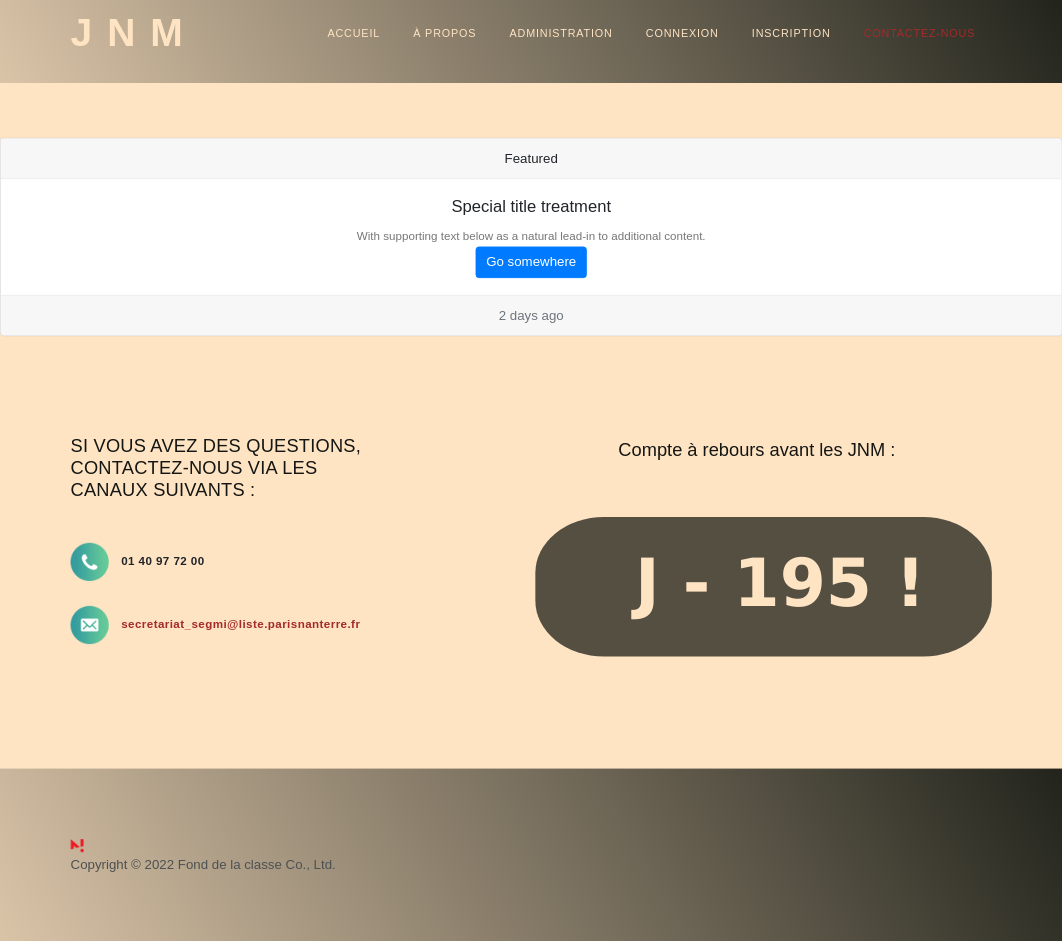
Repository: RiadNadri/ProjetWeb2022
Page: templates/Admin/admin.html.twig
These files come from the project's save history. The page is drawn as it stood at one moment and after the next save; the edit follows.
The browser window is 1280 px wide. The pictures show the whole page, at 83% of full size.
Some web fonts or font styles are not loaded; a fallback is used. The page is a Twig template of a Symfony application; nobody is signed in and links lead nowhere. The template is opened directly, without the code that normally fills it, so the values that code supplies are empty.

Above is the page before, as saved 2022-12-24 17:16:33.

After the next save:
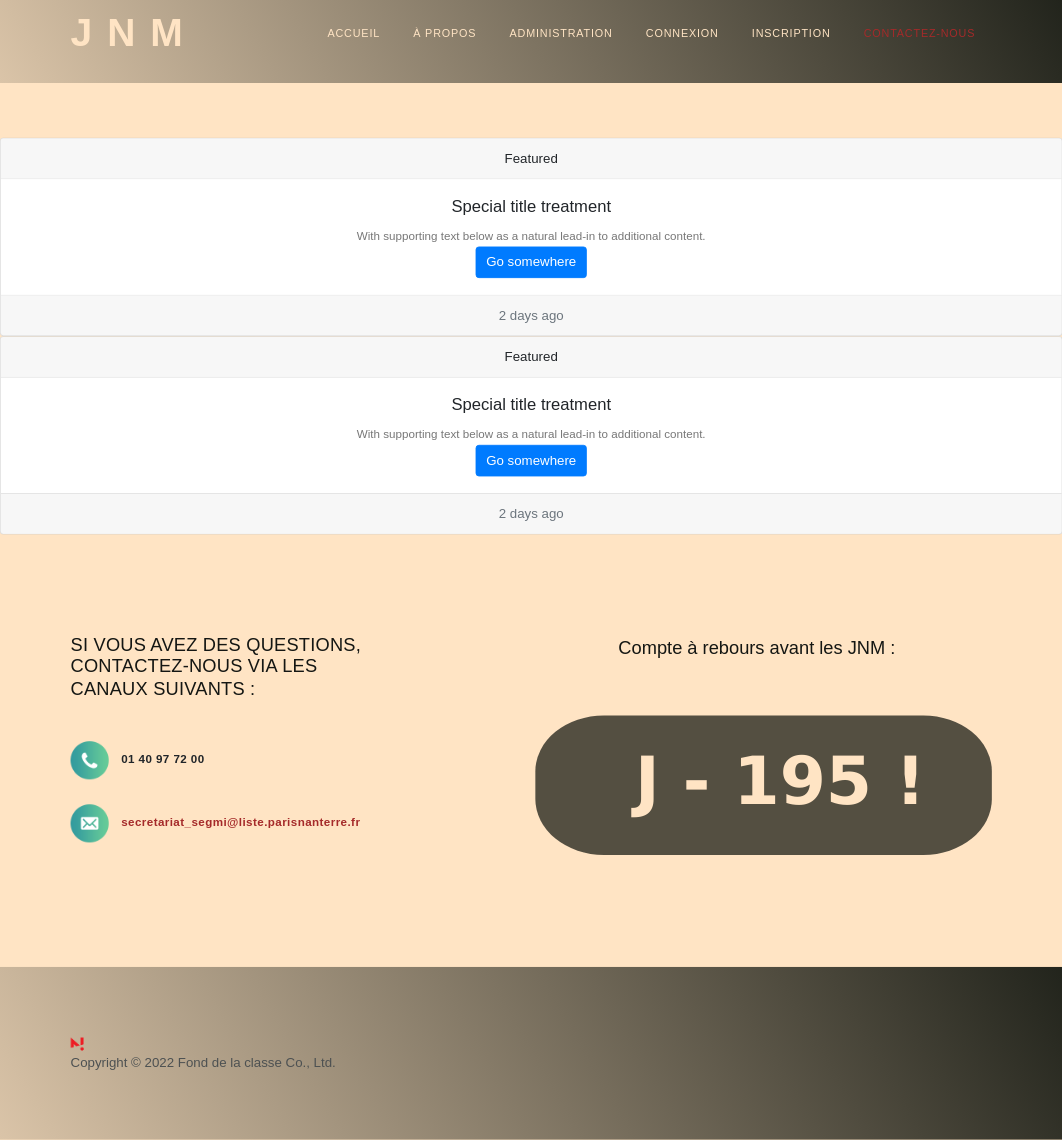
Saved 18 s later.
--- a/templates/Admin/admin.html.twig
+++ b/templates/Admin/admin.html.twig
@@ -39,4 +39,18 @@
     2 days ago
   </div>
 </div>
+
+<div class="card text-center">
+  <div class="card-header">
+    Featured
+  </div>
+  <div class="card-body">
+    <h5 class="card-title">Special title treatment</h5>
+    <p class="card-text">With supporting text below as a natural lead-in to additional content.</p>
+    <a href="#" class="btn btn-primary">Go somewhere</a>
+  </div>
+  <div class="card-footer text-muted">
+    2 days ago
+  </div>
+</div>
 {% endblock %}
